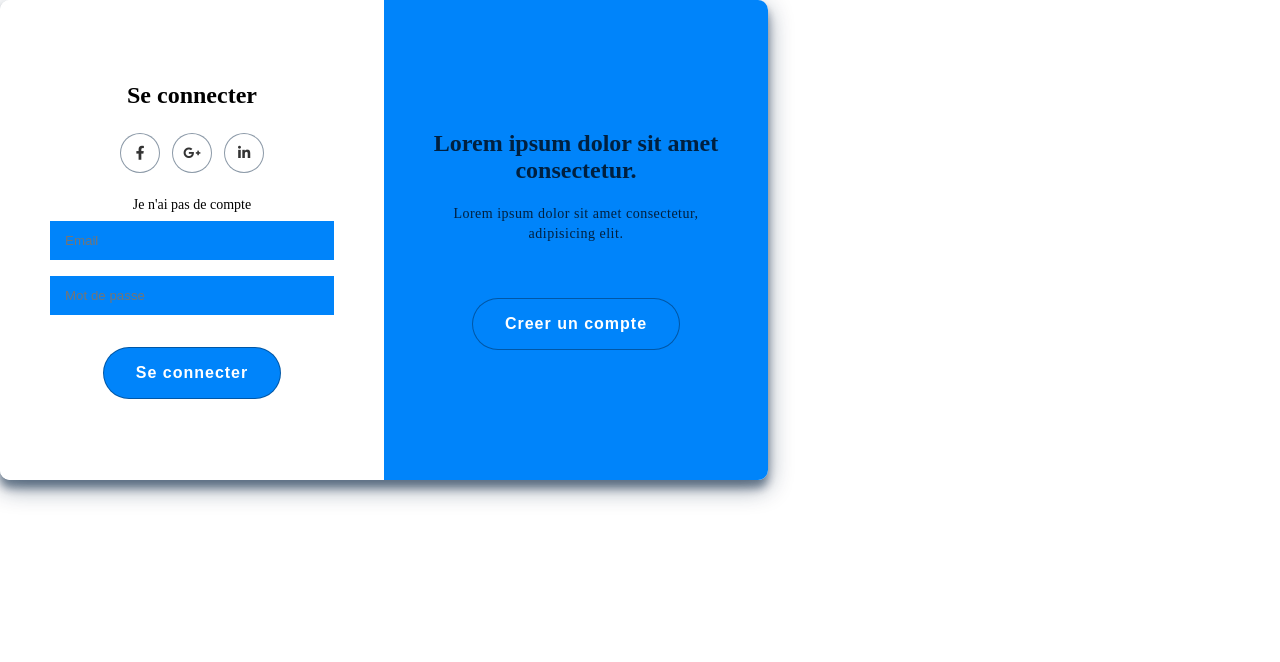
Repository: karim-sebih/runtrackJs
Page: bigjob/index.html
An editor plug-in stored every save of this project. The page is shown before and after the next save, followed by the edit.
The browser window is 1280 px wide. The pictures show the whole page.
Some web libraries are served in a nearby version.

Above is the page before, as saved 2025-03-20 11:52:38.
Console error: TypeError: Cannot read properties of null (reading 'addEventListener')

### bigjob/index.html
<!DOCTYPE html>
<html lang="fr">

<head>
	<meta charset="utf-8" />
	<title>formulaire</title>
	<link rel="stylesheet" href="./css/index.css" />
	<link rel="stylesheet" href="https://cdnjs.cloudflare.com/ajax/libs/font-awesome/5.14.0/css/all.min.css" />
</head>

<body>
	<div class="container" id="container">
		<div class="form-container sign-up-container">
			<form action="#">
				<h1>Creer un compte</h1>
				<div class="social-container">
					<a href="#"><i class="fab fa-facebook-f"></i></a>
					<a href="#"><i class="fab fa-google-plus-g"></i></a>
					<a href="#"><i class="fab fa-linkedin-in"></i></a>
				</div>
				<span>Utiliser compte gmail</span>
				<input type="text" placeholder="Nom">
				<input type="email" placeholder="Email">
				<input type="password" placeholder="Mot de passe">
				<button>Creer le compte</button>
			</form>
		</div>
		<div class="form-container login-container">
			<form action="#">
				<h1>Se connecter</h1>
				<div class="social-container">
					<a href="#"><i class="fab fa-facebook-f"></i></a>
					<a href="#"><i class="fab fa-google-plus-g"></i></a>
					<a href="#"><i class="fab fa-linkedin-in"></i></a>
				</div>
				<span>Je n'ai pas de compte</span>
				<input type="email" placeholder="Email">
				<input type="password" placeholder="Mot de passe">
				<button>Se connecter</button>
			</form>
		</div>

		<div class="overlay-container">
			<div class="overlay">
				<div class="overlay-panel overlay-left">
					<h1>Lorem ipsum dolor sit amet consectetur.</h1>
					<p>Lorem ipsum dolor sit amet consectetur, adipisicing elit.</p>
					<button class="ghost" id="login">Se connecter</button>
				</div>
				<div class="overlay-panel overlay-right">
					<h1>Lorem ipsum dolor sit amet consectetur.</h1>
					<p>Lorem ipsum dolor sit amet consectetur, adipisicing elit. </p>
					<button class="ghost" id="signUp">Creer un compte</button>
				</div>
			</div>
		</div>
	</div>

	<script src="script.js" charset="utf-8"></script>
</body>

</html>

### bigjob/css/index.css
* {
    margin: 0;
    padding: 0;
    box-sizing: border-box;
  }
  body {

    background-repeat: no-repeat;
    background-position: center;
    background-attachment: fixed;
    background-size: cover;
    margin: 0;
    width: 100%;
    min-height: 100vh;
    overflow-x: auto;

  }

  .logo {
    display: flex;
    align-content: center;
    justify-content: center;
    margin-bottom:75px ;
}

.container{
	position: relative;
	overflow: hidden;
	min-height: 480px;
	width: 768px;
	max-width: 100%;
	background-color: #fff;
	border-radius: 10px;
	box-shadow: 0 8px 24px  rgba(0, 32, 63, .45),
		  0 8px 8px rgba(0, 32, 63, .45);
}

.form-container {
	position: absolute;
	top: 0;
	height: 100%;
	transition: .6s ease-in-out;
}

.sign-up-container {
	left: 0;
	width: 50%;
	opacity: 0;
	z-index: 1;
}

.container.panel-active .sign-up-container {
	transform: translateX(100%);
	opacity: 1;
	z-index: 5;
	animation: show .6s
}

@keyframes show {
	0%, 49.99% {
		opacity: 0;
		z-index: 1;
	}

	50%, 100% {
		opacity: 1;
		z-index: 5;
	}
}

.container.panel-active .login-container {
	transform: translateX(100%);
}

.login-container {
	left: 0;
	width: 50%;
	z-index: 2;
}

form {
	background-color: #fff;
	display: flex;
	align-items: center;
	justify-content: center;
	flex-direction: column;
	padding: 0 50px;
	height: 100%;
	text-align: center;
}

input {
	background-color: #0084FA;
    color: #fff;
	border: none;
	padding: 12px 15px;
	margin: 8px 0;
	width: 100%;
}

button{
    background-color: #0084FA;
    color: #fff;
    border: solid#0084FA 1px;
    font-size: 16px;
	font-weight: bold;
	padding: 16px 32px;
	margin-top: 24px;
	letter-spacing: 1px;
	border-radius: 50px;
	border-color: rgba(0, 32, 63, .45);
	transition: .2s ease-in;
}




button:hover {
	cursor: pointer;
	background-color: #fff;
	color: #0084FA;
}

button:active {
	transform: scale(.95);
}

.social-container {
	margin: 24px 0;
}

.social-container a {
	display: inline-flex;
	justify-content: center;
	align-items: center;
	margin: 0 4px;
	height: 40px;
	width: 40px;
	border-radius: 50%;
	background-color: #fff;
	border: 1px solid rgba(0, 32, 63, .45);
}

h1 {
	margin: 0;
	font-size: 24px;
}

.social-container {
	margin: 24px 0;
}

.social-container a {
	display: inline-flex;
	justify-content: center;
	align-items: center;
	margin: 0 4px;
	height: 40px;
	width: 40px;
	border-radius: 50%;
	background-color: #fff;
	border: 1px solid rgba(0, 32, 63, .45);
}
span {
	font-size: 14px;
}

a {
	text-decoration: none;
	font-size: 14px;
	margin: 8px 0 16px;
	color: #333;
}

.overlay-container {
	position: absolute;
	top: 0;
	left: 50%;
	width: 50%;
	height: 100%;
	overflow: hidden;
	z-index: 100;
	transition: transform .6s ease-in-out;
}

.container.panel-active .overlay-container {
	transform: translateX(-100%);
}

.overlay {
	background: linear-gradient(to right, #0084FA, #e7f0fd);
	background: #0084FA;
	color: #00203f;
	position: relative;
	left: -100%;
	height: 100%;
	width: 200%;
	transform: translateX(0);
	transition: transform .6s ease-in-out;
}

.container.panel-active .overlay {
	transform: translateX(50%);
}

.overlay-panel {
	position: absolute;
	display: flex;
	align-items: center;
	justify-content: center;
	flex-direction: column;
	padding: 0 40px;
	text-align: center;
	top: 0;
	height: 100%;
	width: 50%;
	transform: translateX(0);
	transition: transform .6s ease-in-out;
}

.overlay-left {
	transform: translateX(-20%);
}

.container.panel-active .overlay-left {
	transform: translateX(0);
}

.overlay-right {
	right: 0;
	transform: translateX(0);
}

.container.panel-active .overlay-right {
	transform: translateX(20%);
}

p {
	font-size: 14px;
	font-weight: 100;
	line-height: 20px;
	letter-spacing: .5px;
	margin: 20px 0 30px;
}

### bigjob/js/script.js

const container = document.getElementById('container');
const loginButton = document.getElementById('connecter');
const signUpButton = document.getElementById('inscription');

signUpButton.addEventListener('click', () => {
	container.classList.add('panel-active');
})

loginButton.addEventListener('click', () => {
	container.classList.remove('panel-active');
})

After the next save:
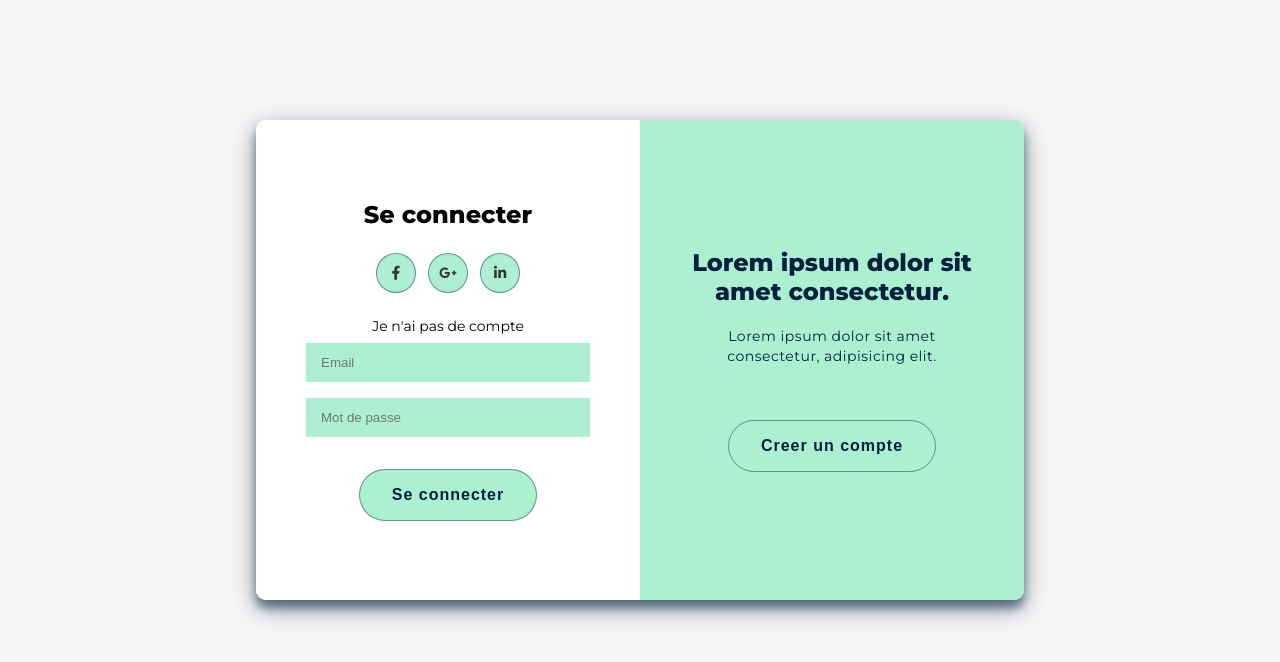
Saved 27 s later.
--- a/bigjob/css/index.css
+++ b/bigjob/css/index.css
@@ -1,26 +1,19 @@
+@import url('https://fonts.googleapis.com/css?family=Montserrat:400,800');
+
 * {
-    margin: 0;
-    padding: 0;
-    box-sizing: border-box;
-  }
-  body {
-
-    background-repeat: no-repeat;
-    background-position: center;
-    background-attachment: fixed;
-    background-size: cover;
-    margin: 0;
-    width: 100%;
-    min-height: 100vh;
-    overflow-x: auto;
-
-  }
-
-  .logo {
-    display: flex;
-    align-content: center;
-    justify-content: center;
-    margin-bottom:75px ;
+	box-sizing: border-box;
+	margin: 0;
+	padding: 0;
+}
+
+body {
+	background: #f6f5f7;
+	display: flex;
+	justify-content: center;
+	align-items: center;
+	flex-direction: column;
+	font-family: 'Montserrat', sans-serif;
+	height: 100vh;
 }
 
 .container{
@@ -90,19 +83,22 @@
 }
 
 input {
-	background-color: #0084FA;
-    color: #fff;
+	background-color: #adf0d1;
 	border: none;
 	padding: 12px 15px;
 	margin: 8px 0;
 	width: 100%;
 }
 
-button{
-    background-color: #0084FA;
-    color: #fff;
-    border: solid#0084FA 1px;
-    font-size: 16px;
+button.ghost {
+	background-color: transparent;
+}
+
+button {
+	background-color: #adf0d1;
+	color: #00203f;
+	border: 1px solid #adf0d1;
+	font-size: 16px;
 	font-weight: bold;
 	padding: 16px 32px;
 	margin-top: 24px;
@@ -112,13 +108,10 @@
 	transition: .2s ease-in;
 }
 
-
-
-
 button:hover {
 	cursor: pointer;
-	background-color: #fff;
-	color: #0084FA;
+	background-color: #00203f;
+	color: #adf0d1;
 }
 
 button:active {
@@ -137,7 +130,7 @@
 	height: 40px;
 	width: 40px;
 	border-radius: 50%;
-	background-color: #fff;
+	background-color: #adf0d1;
 	border: 1px solid rgba(0, 32, 63, .45);
 }
 
@@ -146,21 +139,6 @@
 	font-size: 24px;
 }
 
-.social-container {
-	margin: 24px 0;
-}
-
-.social-container a {
-	display: inline-flex;
-	justify-content: center;
-	align-items: center;
-	margin: 0 4px;
-	height: 40px;
-	width: 40px;
-	border-radius: 50%;
-	background-color: #fff;
-	border: 1px solid rgba(0, 32, 63, .45);
-}
 span {
 	font-size: 14px;
 }
@@ -188,8 +166,8 @@
 }
 
 .overlay {
-	background: linear-gradient(to right, #0084FA, #e7f0fd);
-	background: #0084FA;
+	background: linear-gradient(to right, #adf0d1, #e7f0fd);
+	background: #adf0d1;
 	color: #00203f;
 	position: relative;
 	left: -100%;

After the save that followed:
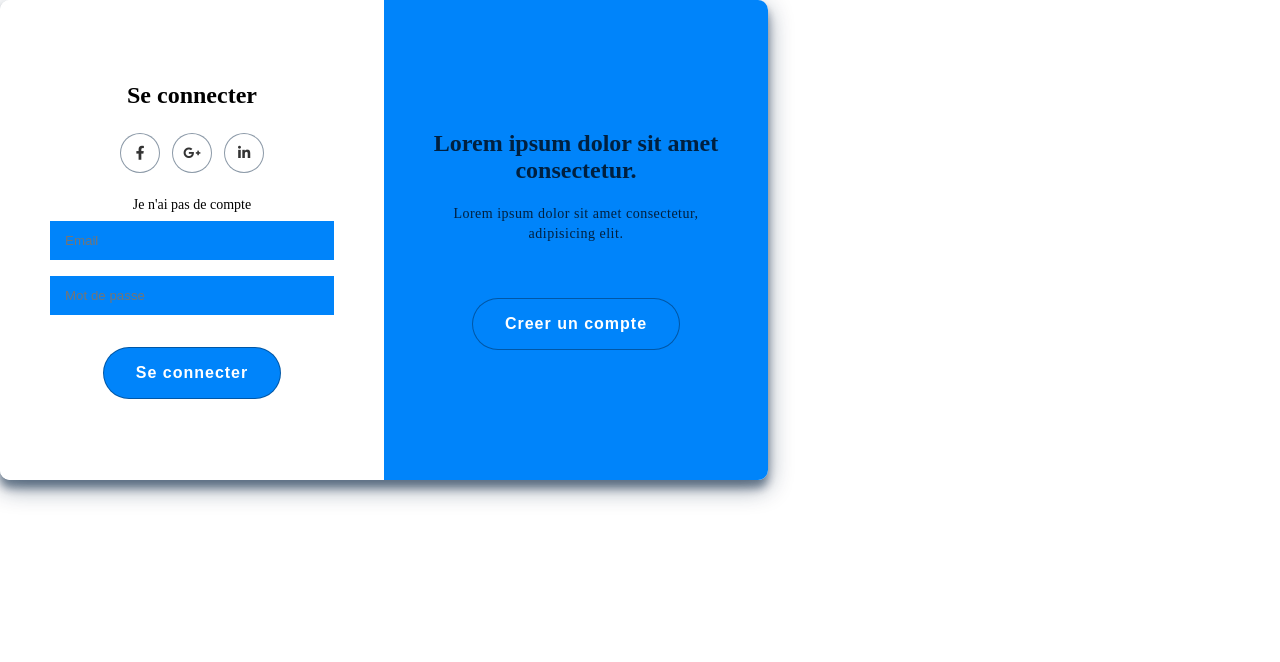
Saved 4 s later.
--- a/bigjob/css/index.css
+++ b/bigjob/css/index.css
@@ -1,19 +1,26 @@
-@import url('https://fonts.googleapis.com/css?family=Montserrat:400,800');
-
 * {
-	box-sizing: border-box;
-	margin: 0;
-	padding: 0;
-}
-
-body {
-	background: #f6f5f7;
-	display: flex;
-	justify-content: center;
-	align-items: center;
-	flex-direction: column;
-	font-family: 'Montserrat', sans-serif;
-	height: 100vh;
+    margin: 0;
+    padding: 0;
+    box-sizing: border-box;
+  }
+  body {
+
+    background-repeat: no-repeat;
+    background-position: center;
+    background-attachment: fixed;
+    background-size: cover;
+    margin: 0;
+    width: 100%;
+    min-height: 100vh;
+    overflow-x: auto;
+
+  }
+
+  .logo {
+    display: flex;
+    align-content: center;
+    justify-content: center;
+    margin-bottom:75px ;
 }
 
 .container{
@@ -83,22 +90,19 @@
 }
 
 input {
-	background-color: #adf0d1;
+	background-color: #0084FA;
+    color: #fff;
 	border: none;
 	padding: 12px 15px;
 	margin: 8px 0;
 	width: 100%;
 }
 
-button.ghost {
-	background-color: transparent;
-}
-
-button {
-	background-color: #adf0d1;
-	color: #00203f;
-	border: 1px solid #adf0d1;
-	font-size: 16px;
+button{
+    background-color: #0084FA;
+    color: #fff;
+    border: solid#0084FA 1px;
+    font-size: 16px;
 	font-weight: bold;
 	padding: 16px 32px;
 	margin-top: 24px;
@@ -108,10 +112,13 @@
 	transition: .2s ease-in;
 }
 
+
+
+
 button:hover {
 	cursor: pointer;
-	background-color: #00203f;
-	color: #adf0d1;
+	background-color: #fff;
+	color: #0084FA;
 }
 
 button:active {
@@ -130,7 +137,7 @@
 	height: 40px;
 	width: 40px;
 	border-radius: 50%;
-	background-color: #adf0d1;
+	background-color: #fff;
 	border: 1px solid rgba(0, 32, 63, .45);
 }
 
@@ -139,6 +146,21 @@
 	font-size: 24px;
 }
 
+.social-container {
+	margin: 24px 0;
+}
+
+.social-container a {
+	display: inline-flex;
+	justify-content: center;
+	align-items: center;
+	margin: 0 4px;
+	height: 40px;
+	width: 40px;
+	border-radius: 50%;
+	background-color: #fff;
+	border: 1px solid rgba(0, 32, 63, .45);
+}
 span {
 	font-size: 14px;
 }
@@ -166,8 +188,8 @@
 }
 
 .overlay {
-	background: linear-gradient(to right, #adf0d1, #e7f0fd);
-	background: #adf0d1;
+	background: linear-gradient(to right, #0084FA, #e7f0fd);
+	background: #0084FA;
 	color: #00203f;
 	position: relative;
 	left: -100%;
